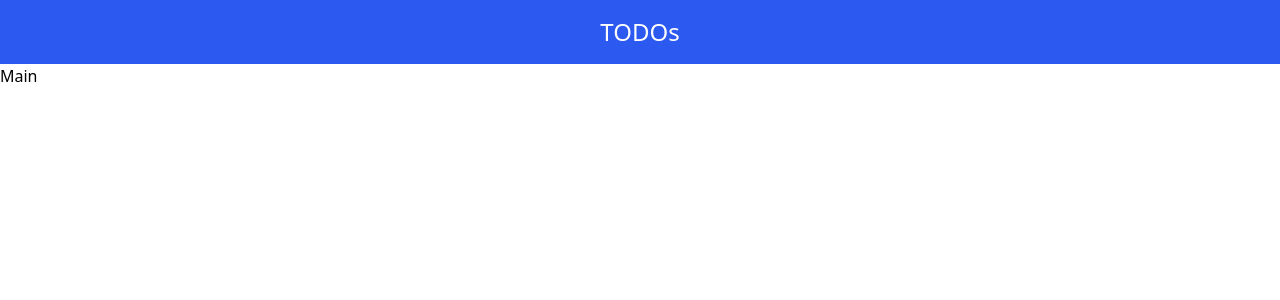
Repository: Jay-JYKim91/wanted-pre-onboarding-challenge-fe-1
Page: /
An editor plug-in stored every save of this project. The page is shown before and after the next save, followed by the edit.
The browser window is 1280 px wide. The pictures show the whole page.
The project was rebuilt for these pictures with package versions that can differ from the ones it lists, and the page was loaded fresh each time. Also part of the build but not shown: src/page/Auth.tsx.

Above is the page before, as saved 2022-08-01 22:09:20.

After the next save:
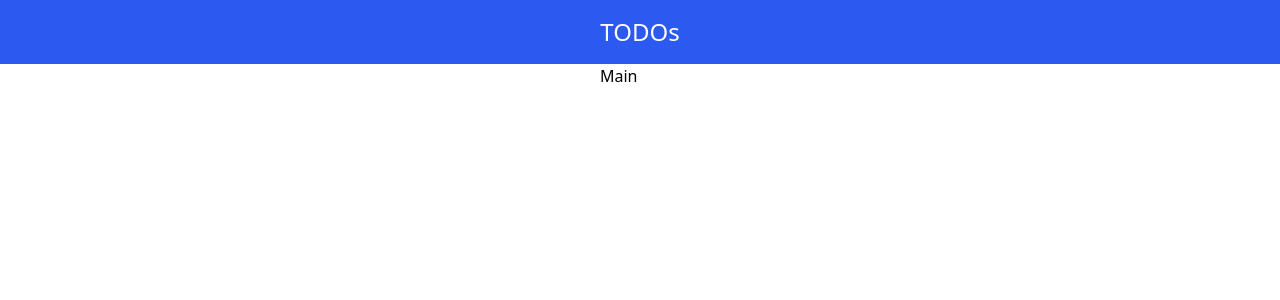
Saved 4 s later.
--- a/src/page/Main.tsx
+++ b/src/page/Main.tsx
@@ -1,7 +1,7 @@
 import React from "react"
 
 function Main() {
-  return <div className="max-w-20">Main</div>
+  return <div className="max-w-20 m-auto">Main</div>
 }
 
 export default Main
